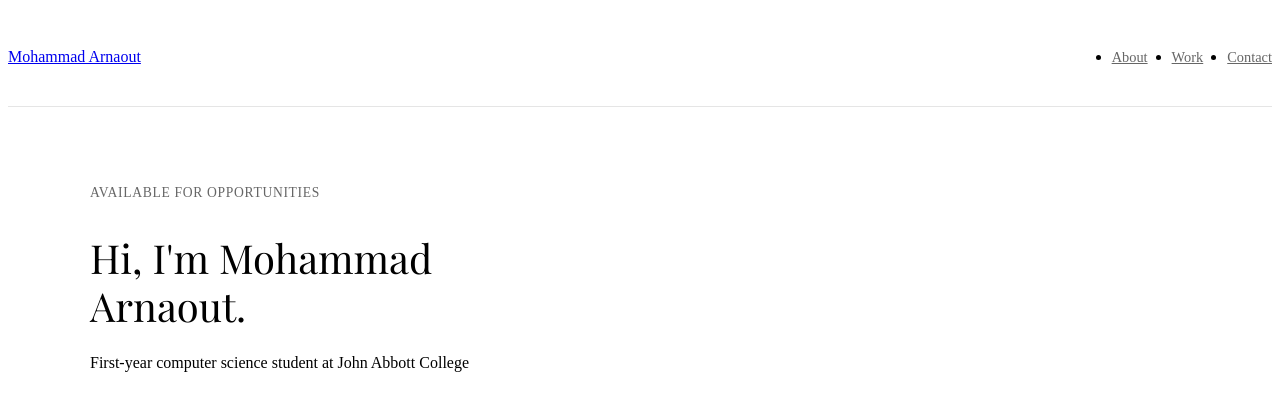
Repository: Moh-Arna/Moh-Arna
Page: index.html
These files come from the project's save history. The page is drawn as it stood at one moment and after the next save; the edit follows.
The browser window is 1280 px wide. The pictures show the whole page.

Above is the page before, as saved 2026-04-22 09:57:03.

### index.html
<!DOCTYPE html>
<html lang=""en>
<head>
  <meta charset="UTF-8">
  <meta name="viewport" content="width=device-width, initial-scale=1.0">
  <title>[Mohammad Arnaout] — Portfolio</title>

  <link rel="stylesheet" href="styles/globals.css">
  <link rel="stylesheet" href="styles/index.css">
</head>

<header class="header">

    <div class="header-inner">

        <a href="/" class="name">Mohammad Arnaout</a>

        <nav aria-label="Main Navigation">

            <ul class="nav">

                <li>
                    <a href="#about">About</a>
                </li>

                <li>
                    <a href="#work">Work</a>
                </li>

                <li>
                    <a href="#contact">Contact</a>
                </li>

            </ul>

        </nav>

    </div>

</header>

<main>

    <section class="hero">

        <div class="container">
            <p class="top-paragraph">Available for opportunities</p>
            <h1>Hi, I'm Mohammad Arnaout.</h1>
            <p class="bottom-paragraph">First-year computer science student at John Abbott College</p>
        </div>

    </section>

</main>

</html>

### styles/globals.css
@font-face {
  font-family: 'Playfair Display';
  src: url('../assets/fonts/Playfair_Display/PlayfairDisplay-VariableFont_wght.ttf') format('woff2');
  font-weight: 400;
  font-style: normal;
  font-display: swap;
}

@font-face {
  font-family: 'Playfair Display';
  src: url('../assets/fonts/Playfair_Display/PlayfairDisplay-Italic-VariableFont_wght.ttf') format('woff2');
  font-weight: 400;
  font-style: italic;
  font-display: swap;
}

:root{
    --bg:#fafafa;
    --text: #111;
    --muted: #666;
    --border: #e5e5e5;
}

h1, h2, h3{
    font-family: 'PlayFair Display', serif;
    font-weight: 400;
    line-height: 1.2;
}

.container{
    max-width: 1100px;
    margin: 0 auto;
    padding: 0 1.5rem;
}

### styles/index.css
.header{
    padding: 1.5rem 0;
    border-bottom: 1px solid var(--border);
}

.header-inner{
    display: flex;
    justify-content: space-between;
    align-items: center;
}

.nav{
    display: flex;
    gap: 1.5rem;
}

.nav a{
    color: var(--muted);
    font-size: 0.9rem;
}

.nav a:hover{
    color: var(--text);
}


.hero {
    padding: 4rem 0.5rem;
}

.top-paragraph{
    font-size: 0.85rem;
    color: var(--muted);
    text-transform: uppercase;
    letter-spacing: 0.05em;
    margin-bottom: 1.5rem;
}

.hero h1{
    font-size: 2.5rem;
    margin-bottom: 1.5rem;
    max-width: 18ch;
}

After the next save:
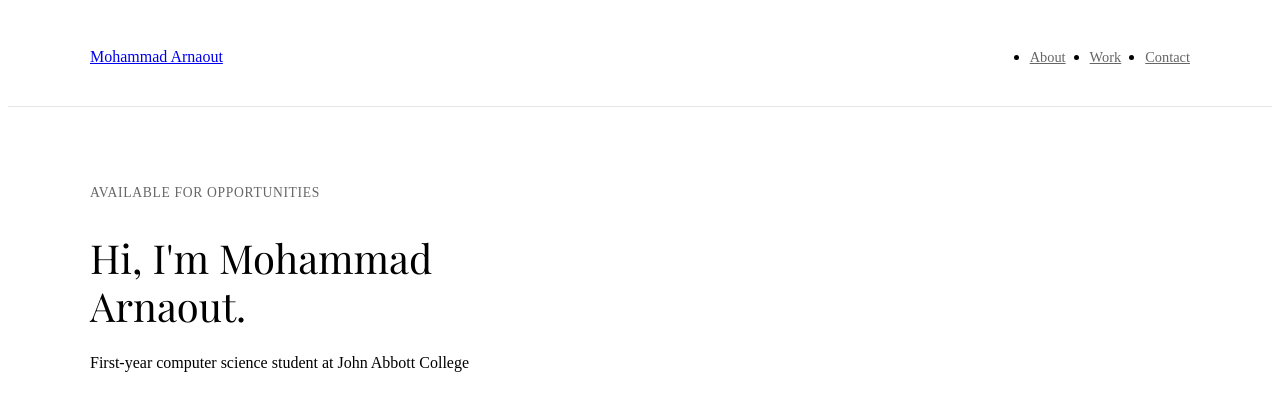
Saved 32 s later.
--- a/index.html
+++ b/index.html
@@ -11,7 +11,7 @@
 
 <header class="header">
 
-    <div class="header-inner">
+    <div class="container header-inner">
 
         <a href="/" class="name">Mohammad Arnaout</a>
 
